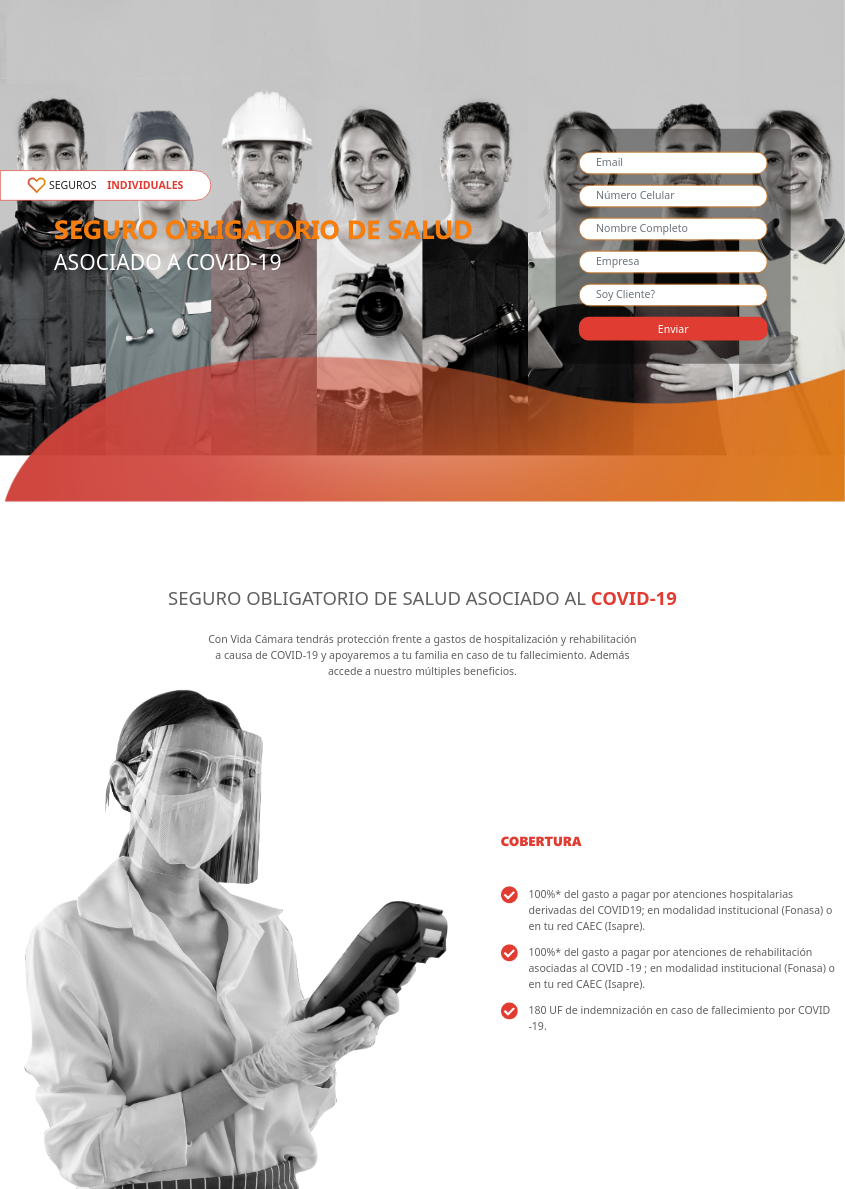
Repository: Darigo30/vidacamara
Page: index.html
The author's editor kept a copy of each file at every save. The page is drawn from the files as they stood at one save, then again after the next save.
The browser window is 1280 px wide. The pictures show the whole page, at 66% of full size.
Some web fonts or font styles are not loaded; a fallback is used. Some web libraries are served in a nearby version.

Above is the page before, as saved 2021-07-28 23:08:42.
Not found: assets/js/custom.js

### index.html
<!DOCTYPE html>
<html lang="es">
<head>
    <meta charset="UTF-8">
    <link rel= "shortcut icon "type="image/png" href="assets/img/favicon.png">
    <meta name="viewport" content="width=device-width, initial-scale=1.0">
    <link rel="stylesheet" href="css/style.css">
    <title>Vida Cámara</title>
</head>
<body>
    <main>
        <nav class="navbar navb">
            <div class="container">
              <a class="navbar-brand" href="#">
                <img src="/assets/img/logo.png" alt="Logo Vida Camara">
              </a>
            </div>
        </nav>
        <section class="bg-header">
            <div class="seg">
                <img src="assets/img/heart.png">
                <div class="ms-1 text-uppercase">Seguros</div>
                <div class="ms-3 text-uppercase fw-bold"><span>Individuales</span></div>
            </div>
            <div class="container">
                <div class="row cont-form-text">
                    <div class="col-8 d-flex flex-column justify-content-center">
                        <h1>Seguro obligatorio de salud</h1>
                        <h2 class="text-uppercase">Asociado a COVID-19</h2>
                    </div>
                    <div class="col-4">
                        <div class="form">
                            <div class="mb-3">
                                <input type="email" class="form-control rounded-pill br-f" id="exampleFormControlInput1" placeholder="Email">
                            </div>
                            <div class="mb-3">
                                <input type="email" class="form-control rounded-pill br-f" id="exampleFormControlInput1" placeholder="Número Celular">
                            </div>
                            <div class="mb-3">
                                <input type="email" class="form-control rounded-pill br-f" id="exampleFormControlInput1" placeholder="Nombre Completo">
                            </div>
                            <div class="mb-3">
                                <input type="email" class="form-control rounded-pill br-f" id="exampleFormControlInput1" placeholder="Empresa">
                            </div>
                            <div class="mb-3">
                                <input type="email" class="form-control rounded-pill br-f" id="exampleFormControlInput1" placeholder="Soy Cliente?">
                            </div>
                            <button class="btn btn-primary btn-grande">Enviar</button>
                          </div>
                    </div>
                </div>
            </div>
        </section>
        <section class="seguro">
            <!-- <div class="mascara"></div> -->
            <div class="container-fluid">
                <div class="row">
                    <div class="col-12">
                        <h3 class="text-center text-uppercase">Seguro obligatorio de salud asociado al <span class="fw-bold">COVID-19</span></h3>
                        <p class="text-center pt-4 convi">Con Vida Cámara tendrás protección frente a gastos de hospitalización y rehabilitación a causa de COVID-19 y apoyaremos a tu familia en caso de tu fallecimiento. Además accede a nuestro múltiples beneficios. </p>
                    </div>
                </div>
                <div class="row">
                    <div class="col-7">
                        <img class="img-mujer" src="assets/img/mujer.png">
                    </div>
                    <div class="col-5 d-flex flex-column justify-content-center">
                        <h5 class="text-uppercase pb-5"><span>Cobertura</span></h5>
                        <div class="icon-txt-cober">
                            <img src="assets/img/check.png">
                            <p class="ps-3">100%* del gasto a pagar por atenciones hospitalarias derivadas del COVID19;
                                en modalidad institucional  (Fonasa) o en tu red CAEC (Isapre).
                            </p>
                        </div>
                        <div class="icon-txt-cober">
                            <img src="assets/img/check.png">
                            <p class="ps-3">100%* del gasto a pagar por atenciones de rehabilitación asociadas al COVID -19 ; en modalidad institucional
                                (Fonasa) o en tu red CAEC (Isapre).
                            </p>
                        </div>
                        <div class="icon-txt-cober">
                            <img src="assets/img/check.png">
                            <p class="ps-3">180 UF de indemnización en caso de fallecimiento por
                                COVID -19.
                            </p>
                        </div>
                    </div>
                </div>
            </div>
        </section>
        <section>
            <div class="container">
                <div class="row">
                    <div class="col-12">

                    </div>
                </div>
            </div>
        </section>
    </main>


<link href="https://cdn.jsdelivr.net/npm/bootstrap@5.0.0-beta2/dist/css/bootstrap.min.css" rel="stylesheet" integrity="sha384-BmbxuPwQa2lc/FVzBcNJ7UAyJxM6wuqIj61tLrc4wSX0szH/Ev+nYRRuWlolflfl" crossorigin="anonymous">
<script src="https://cdn.jsdelivr.net/npm/bootstrap@5.0.0-beta2/dist/js/bootstrap.min.js" integrity="sha384-nsg8ua9HAw1y0W1btsyWgBklPnCUAFLuTMS2G72MMONqmOymq585AcH49TLBQObG" crossorigin="anonymous"></script>
<script src="https://cdn.jsdelivr.net/npm/@popperjs/core@2.6.0/dist/umd/popper.min.js" integrity="sha384-KsvD1yqQ1/1+IA7gi3P0tyJcT3vR+NdBTt13hSJ2lnve8agRGXTTyNaBYmCR/Nwi" crossorigin="anonymous"></script>
<script src="https://code.jquery.com/jquery-3.5.1.min.js" integrity="sha256-9/aliU8dGd2tb6OSsuzixeV4y/faTqgFtohetphbbj0=" crossorigin="anonymous"></script>

<!--Mi script-->
<script src="assets/js/custom.js"></script>

</body>
</html>

### css/style.css
:root{
    --body-color: #EBEBEB;
    --color-orange: #F77D0C;
    --color-white: #FFFFFF;
    --color-grey: #606060;
    --color-red: #E03C31;
    --color-par: #606060;
}
@font-face {
    font-family: 'Segoe UI Regular';
    font-style: normal;
    font-weight: normal;
    src: local('Segoe UI Regular'), url('/assets/fonts/UI.woff') format('woff');
}
@font-face {
    font-family: 'Segoe UI Bold';
    font-style: normal;
    font-weight: normal;
    src: local('Segoe UI Bold'), url('/assets/fonts/Segoe UI Bold.woff') format('woff');
}
@font-face {
    font-family: 'Segoe UI Black';
    font-style: normal;
    font-weight: normal;
    src: local('Segoe UI Black'), url('/assets/fonts/seguibl.woff') format('woff');
}

/*Basics*/

body{
    box-sizing: border-box;
    font-family: 'Segoe UI Regular';
    padding: 0;
    margin: 0;
    font-size: 15px;
    color: var(--color-par);
    background: var(--body-color);
}
h1{
    font-size: 56px;
    color: var(--color-orange);
    text-shadow: 0px 2px 2px rgba(0, 0, 0, 0.1);
    font-family: 'Segoe UI Black';
    font-family: 'Segoe UI Bold';
    text-transform: uppercase;
}
h2{
    font-size: 41px;
    color: var(--color-white);
}
h3{
    font-size: 40px;
    color: var(--color-grey);
}
h4{
    font-size: 30px;
}
h5{
    font-size: 26px;
    font-family: 'Segoe UI Black';
}
span{
    color: var(--color-red);
}
p{
    color: var(--color-par);
}
/*Header + Banner*/

.navbar.navb {
    position: absolute;
    width: 100%;
    margin-top: 25px;
}
.bg-header{
    background: url(/assets/img/bg-header.jpg) center no-repeat;
    background-size: cover;
    height: 690px;
    display: flex;
    align-items: center;
    position: relative;
}
.form {
    background: #00000061;
    padding: 35px;
    border-radius: 20px;
}
.form-control.br-f {
   border: 1px solid var(--color-orange);
   padding: 3px 25px 5px;
}
.btn.btn-grande{
    background: var(--color-red);
    border: none;
    width: 100%;
    border-radius: 15px;
}
.row.cont-form-text{
    margin-top: 5%;
}
.seg {
    background: white;
    width: 25%;
    position: absolute;
    top: 30%;
    display: flex;
    justify-content: center;
    padding: 10px 10px;
    border-top-right-radius: 25px;
    border-bottom-right-radius: 25px;
    border: 1px solid var(--color-red);
    margin-top: 4%;
}
.bg-header::before{
    content: '';
    background: url(/assets/img/onda.png) bottom no-repeat;
    background-size: auto;
    background-size: auto;
    background-size: 100%;
    position: absolute;
    width: 100%;
    height: 35%;
    z-index: 0;
    bottom: -70px;
}
/*Seccion seguro obligatorio*/

.seguro{
    margin-top: 200px;
}
.icon-txt-cober {
    display: flex;
    align-items: start;
}
.mascara{
    position: absolute;
    bottom: -30px;
    background: url(/assets/img/mascara.png);
    background-size: auto;
    background-size: 100% 110px;
    width: 100%;
    height: 110px;
    z-index: 9;
}
.convi{
    padding: 0 300px;
}

After the next save:
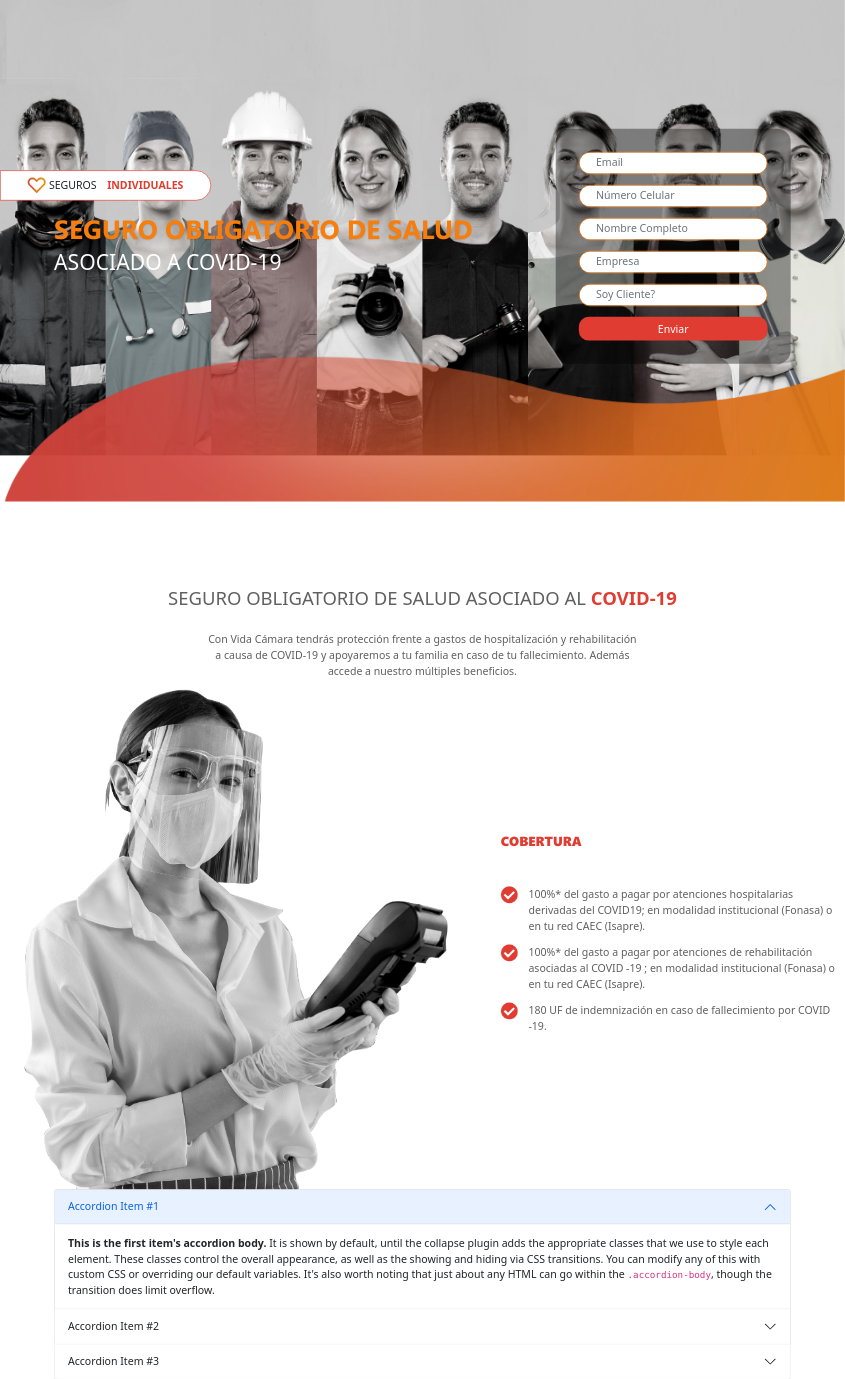
Saved 96 s later.
--- a/index.html
+++ b/index.html
@@ -92,7 +92,44 @@
             <div class="container">
                 <div class="row">
                     <div class="col-12">
-
+                        <div class="accordion" id="accordionExample">
+                            <div class="accordion-item">
+                              <h2 class="accordion-header" id="headingOne">
+                                <button class="accordion-button" type="button" data-bs-toggle="collapse" data-bs-target="#collapseOne" aria-expanded="true" aria-controls="collapseOne">
+                                  Accordion Item #1
+                                </button>
+                              </h2>
+                              <div id="collapseOne" class="accordion-collapse collapse show" aria-labelledby="headingOne" data-bs-parent="#accordionExample">
+                                <div class="accordion-body">
+                                  <strong>This is the first item's accordion body.</strong> It is shown by default, until the collapse plugin adds the appropriate classes that we use to style each element. These classes control the overall appearance, as well as the showing and hiding via CSS transitions. You can modify any of this with custom CSS or overriding our default variables. It's also worth noting that just about any HTML can go within the <code>.accordion-body</code>, though the transition does limit overflow.
+                                </div>
+                              </div>
+                            </div>
+                            <div class="accordion-item">
+                              <h2 class="accordion-header" id="headingTwo">
+                                <button class="accordion-button collapsed" type="button" data-bs-toggle="collapse" data-bs-target="#collapseTwo" aria-expanded="false" aria-controls="collapseTwo">
+                                  Accordion Item #2
+                                </button>
+                              </h2>
+                              <div id="collapseTwo" class="accordion-collapse collapse" aria-labelledby="headingTwo" data-bs-parent="#accordionExample">
+                                <div class="accordion-body">
+                                  <strong>This is the second item's accordion body.</strong> It is hidden by default, until the collapse plugin adds the appropriate classes that we use to style each element. These classes control the overall appearance, as well as the showing and hiding via CSS transitions. You can modify any of this with custom CSS or overriding our default variables. It's also worth noting that just about any HTML can go within the <code>.accordion-body</code>, though the transition does limit overflow.
+                                </div>
+                              </div>
+                            </div>
+                            <div class="accordion-item">
+                              <h2 class="accordion-header" id="headingThree">
+                                <button class="accordion-button collapsed" type="button" data-bs-toggle="collapse" data-bs-target="#collapseThree" aria-expanded="false" aria-controls="collapseThree">
+                                  Accordion Item #3
+                                </button>
+                              </h2>
+                              <div id="collapseThree" class="accordion-collapse collapse" aria-labelledby="headingThree" data-bs-parent="#accordionExample">
+                                <div class="accordion-body">
+                                  <strong>This is the third item's accordion body.</strong> It is hidden by default, until the collapse plugin adds the appropriate classes that we use to style each element. These classes control the overall appearance, as well as the showing and hiding via CSS transitions. You can modify any of this with custom CSS or overriding our default variables. It's also worth noting that just about any HTML can go within the <code>.accordion-body</code>, though the transition does limit overflow.
+                                </div>
+                              </div>
+                            </div>
+                          </div>
                     </div>
                 </div>
             </div>
